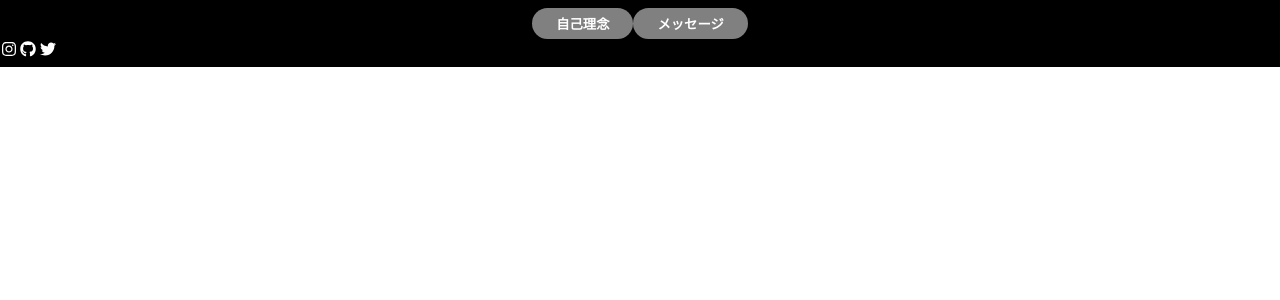
Repository: Rujuu-prog/react-mysite
Page: /
The author's editor kept a copy of each file at every save. The page is drawn from the files as they stood at one save, then again after the next save.
The browser window is 1280 px wide. The pictures show the whole page.
The project was rebuilt for these pictures with package versions that can differ from the ones it lists, and the page was loaded fresh each time. A package was used in the major version that the imports need, not the one package.json lists.

Above is the page before, as saved 2021-05-12 15:43:07.

### src/App.tsx
import React from 'react';
import { BrowserRouter, Link, Switch, Route } from "react-router-dom";
// import { Router } from "./router/Router";
import './App.css';
import { PrimaryButton } from './components/atoms/button/PrimaryButton';
import { Github } from './components/atoms/icon/Github';
import { Instagram } from './components/atoms/icon/Instagram';
import { Twitter } from './components/atoms/icon/Twitter';
import { IconList } from './components/molecules/IconList';
import { HeaderOnly } from './components/templates/HeaderOnly';



export default function App() {
  return (
    // <BrowserRouter>
      <div className="App" >
        <HeaderOnly/>

      </div>
    // </BrowserRouter>
  );
}

### src/components/templates/HeaderOnly.tsx
import React from "react";
import { Link } from "react-router-dom";
import styled from "styled-components";

import { Header } from "../atoms/layout/Header";
import { PrimaryButton } from "../atoms/button/PrimaryButton"
import { IconList } from "../molecules/IconList";

type Props = {
    children?: React.ReactNode;
};

export const HeaderOnly: React.FC<Props> = ({children}) => {
    return (
    <>
        <Header>
            <PrimaryButton>自己理念</PrimaryButton>
            <PrimaryButton>メッセージ</PrimaryButton>
            <IconList/>
        </Header>
        {children}
    </>
    );
};

const SHeader = styled.header`
    display: flex;
    justify-content: space-between;
    align-items: center;
`;
// const SLink = styled(Link)`
//     margin: 0 8px;
// `;

### src/components/atoms/layout/Header.tsx
import React from "react";
import styled from "styled-components";

import { PrimaryButton } from '../button/PrimaryButton'

type Props = {
    children?: React.ReactNode;
}

export const Header: React.FC<Props> = ({children}) => {
    return (<SHeader>{children}</SHeader>);
};

const SHeader = styled.header`
    background-color: black;
    color: #fff;
    text-align: center;
    padding: 8px 0;
`;

### src/components/atoms/button/PrimaryButton.tsx
import styled from "styled-components";
import { BaseButton } from "./BaseButton";

export const PrimaryButton = (props:any) => {
    const { children } = props;
    return <SButton>{children}</SButton>;
};

const SButton = styled(BaseButton)`
    // background-color: #40514e;
    background-color: gray;
`;

### src/components/molecules/IconList.tsx
import React from "react";
import styled from "styled-components";
import { Github } from "../atoms/icon/Github";
import { Instagram } from "../atoms/icon/Instagram";
import { Twitter } from "../atoms/icon/Twitter";

export const IconList:React.FC = () => {
    return(
        <SIconContainer>
            <Instagram/>
            <Github/>
            <Twitter/>
        </SIconContainer>
    );
};

const SIconContainer = styled.div`
    display: flex;
    align-items: center;
`;

### src/components/atoms/button/BaseButton.tsx
import styled from "styled-components";

export const BaseButton = styled.button`
    color: #fff;
    font-weight: bold;
    padding: 6px 24px;
    border: none;
    border-radius: 9999px;
    outline: none;
    &:hover {
        cursor: pointer;
        opacity: 0.8;
    }
`;

### src/components/atoms/icon/Github.tsx
import { faGithub, faInstagram } from "@fortawesome/free-brands-svg-icons";
import { FontAwesomeIcon } from "@fortawesome/react-fontawesome"

const IconStyle = {
    padding:"2",
    fontsize:"50"
}

export const Github:React.FC = () => {
    return(<FontAwesomeIcon style={IconStyle} icon={faGithub}></FontAwesomeIcon>);
}

### src/components/atoms/icon/Instagram.tsx
import { faInstagram } from "@fortawesome/free-brands-svg-icons";
import { FontAwesomeIcon } from "@fortawesome/react-fontawesome"

const IconStyle = {
    padding:"2",
    fontsize:"50"
}

export const Instagram:React.FC = () => {
    return(<FontAwesomeIcon style={IconStyle} icon={faInstagram}></FontAwesomeIcon>);
}

### src/components/atoms/icon/Twitter.tsx
import { faInstagram, faTwitter } from "@fortawesome/free-brands-svg-icons";
import { FontAwesomeIcon } from "@fortawesome/react-fontawesome"

const IconStyle = {
    padding:"2",
    fontsize:"50"
}

export const Twitter:React.FC = () => {
    return(<FontAwesomeIcon style={IconStyle} icon={faTwitter}></FontAwesomeIcon>);
}

Loaded but not shown: public/index.html (common file); src/index.tsx (common file); src/index.css (common file); src/reportWebVitals.ts (common file); src/App.css (common file)

After the next save:
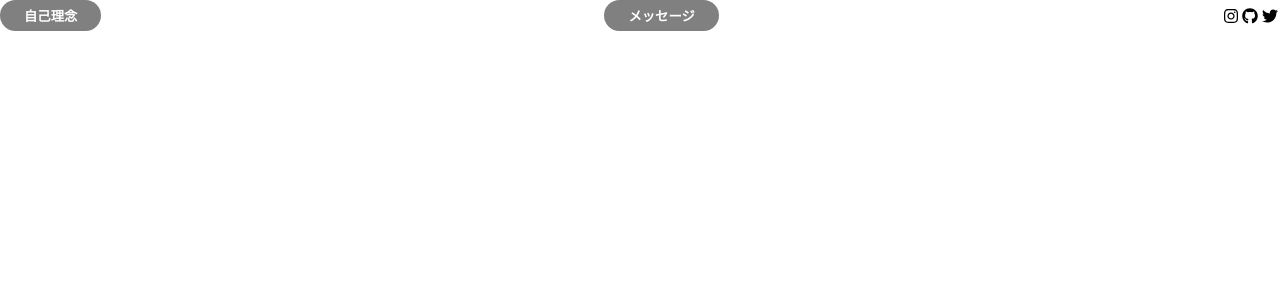
Saved 23 s later.
--- a/src/components/templates/HeaderOnly.tsx
+++ b/src/components/templates/HeaderOnly.tsx
@@ -13,11 +13,11 @@ type Props = {
 export const HeaderOnly: React.FC<Props> = ({children}) => {
     return (
     <>
-        <Header>
+        <SHeader>
             <PrimaryButton>自己理念</PrimaryButton>
             <PrimaryButton>メッセージ</PrimaryButton>
             <IconList/>
-        </Header>
+        </SHeader>
         {children}
     </>
     );
